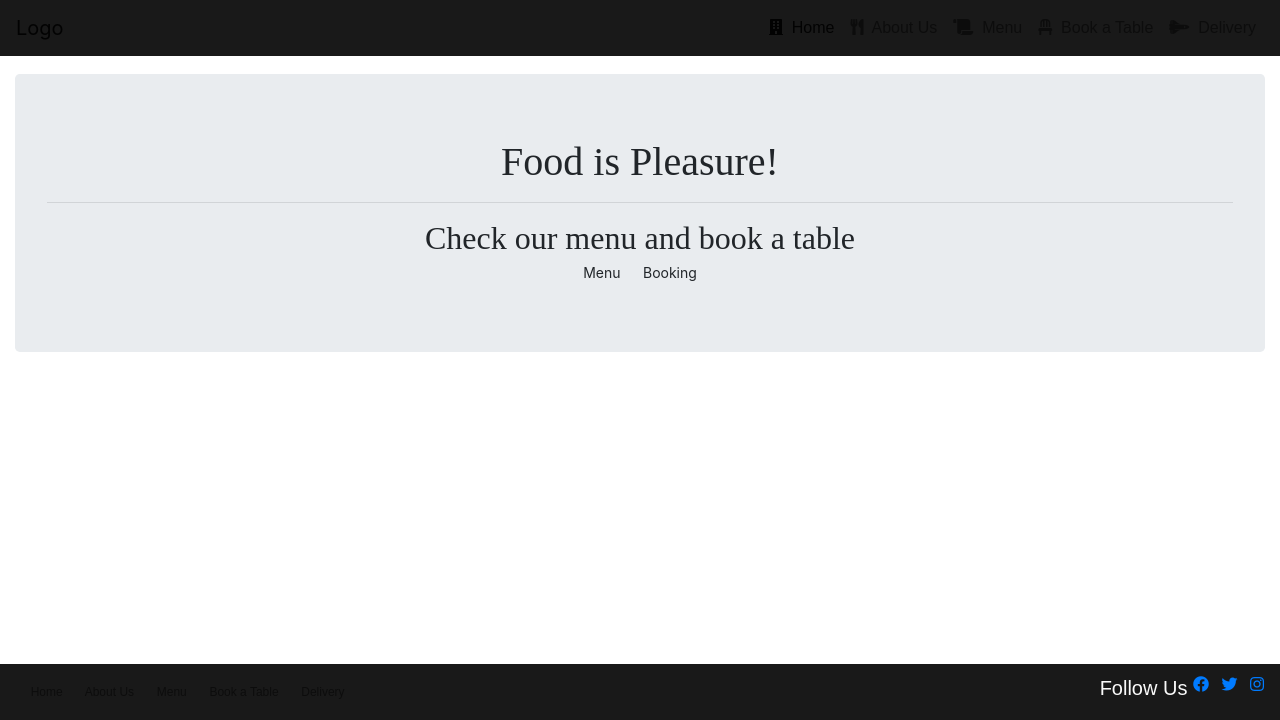
Repository: Code-Institute-Submissions/vinicald-Milestone-Project-1
Page: index2.html
The author's editor kept a record of every edit. The page is drawn from the files as they stood at one moment, then again after the next edit.
The browser window is 1280 px wide. The pictures show the whole page.
Some web libraries are served in a nearby version.

Above is the page before.

After the next edit:
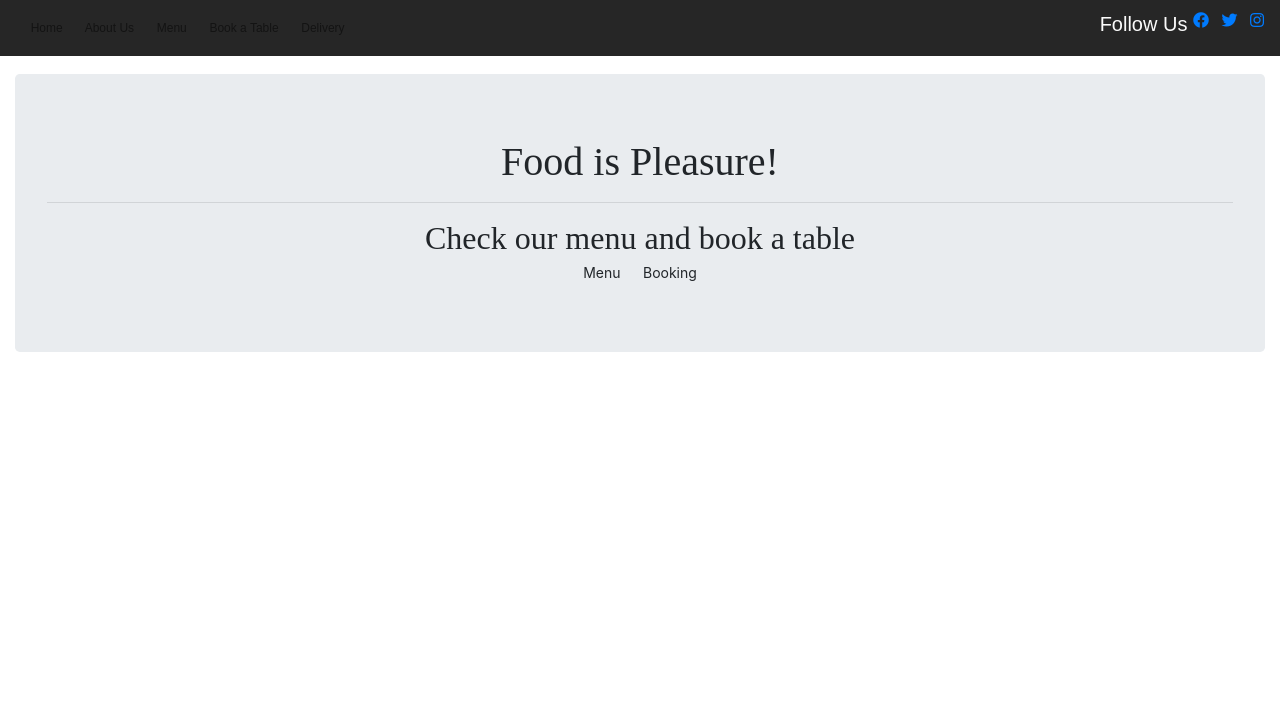
The edit:
--- a/style2.css
+++ b/style2.css
@@ -50,7 +50,7 @@
     padding: 0;
 }
 
-navbar {
+.navbar {
 
     width: 100%;
     background: #262626;

After the 2 edits that followed:
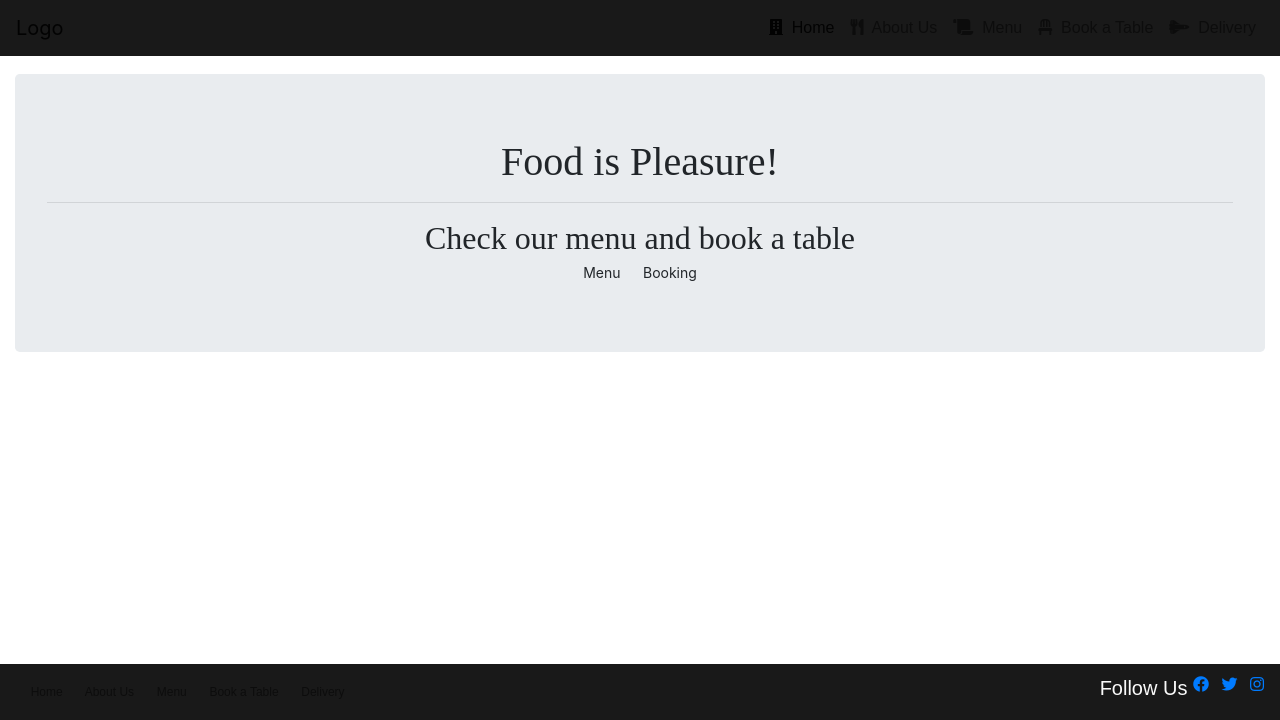
The 2 edits are shown as one change because 1 left the picture as it was.
The edit:
--- a/style2.css
+++ b/style2.css
@@ -44,70 +44,3 @@
 }
 
 /* Main Container */
-
-body {
-    margin: 0;
-    padding: 0;
-}
-
-.navbar {
-
-    width: 100%;
-    background: #262626;
-    position: fixed;
-    top: 0;
-}
-
-.ul {
-    padding: 0;
-    margin: 0;
-    list-style: none;
-}
-
-.li {
-    float: left;
-}
-
-.a {
-    padding: 20px;
-    width: 100px;
-    display: block;
-    text-decoration: none;
-    color: #fff;
-    font-weight: bold;
-}
-
-#section1 {
-    height: 700px;
-    background: pink;
-    display: inline-block;
-    width: 100%;
-}
-
-#section2 {
-    height: 700px;
-    background: blue;
-    display: inline-block;
-    width: 100%;
-}
-
-#section3 {
-    height: 700px;
-    background: pink;
-    display: inline-block;
-    width: 100%;
-}
-
-#section4 {
-    height: 700px;
-    background: pink;
-    display: inline-block;
-    width: 100%;
-}
-
-#section5 {
-    height: 700px;
-    background: pink;
-    display: inline-block;
-    width: 100%;
-}
